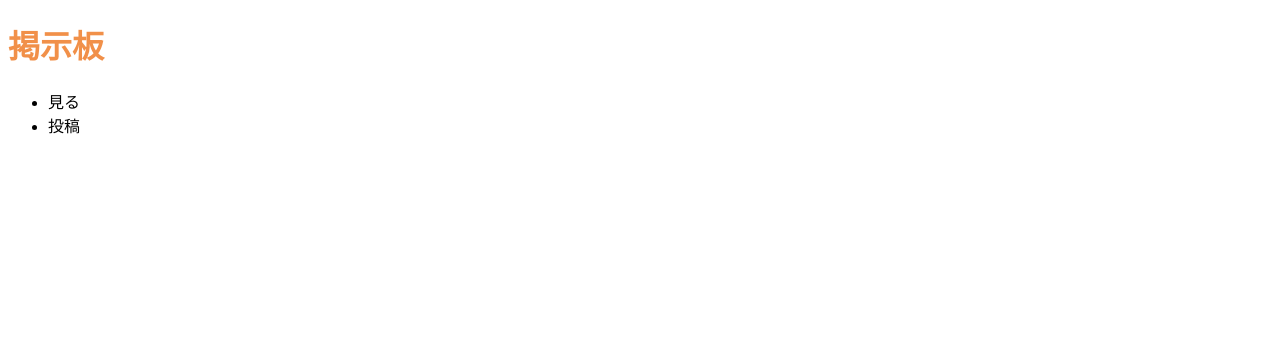
Repository: KustomApe/LandorusInc
Page: index.html
The author's editor kept a copy of each file at every save. The page is drawn from the files as they stood at one save, then again after the next save.
The browser window is 1280 px wide. The pictures show the whole page.

Above is the page before, as saved 2021-06-26 15:18:00.

### index.html
<!DOCTYPE html>
<html lang="ja">
<head>
    <meta charset="UTF-8">
    <meta http-equiv="X-UA-Compatible" content="IE=edge">
    <meta name="viewport" content="width=device-width, initial-scale=1.0">
    <title>掲示板</title>
    <link rel="stylesheet" href="./css/style.css">
</head>
<body>
<h1>掲示板</h1>
<ul>
    <li>見る</li>
    <li>投稿</li>
</ul>

</body>
</html>

### css/style.css
@charset "utf-8";

h1 {
    color: #F19049;
}

After the next save:
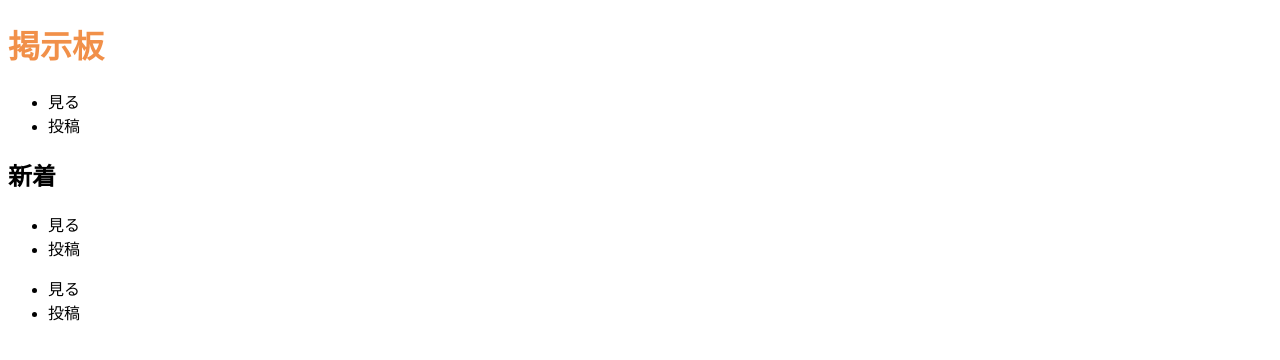
Saved 14 s later.
--- a/index.html
+++ b/index.html
@@ -14,5 +14,15 @@
     <li>投稿</li>
 </ul>
 
+<h2>新着</h2>
+<ul>
+    <li>見る</li>
+    <li>投稿</li>
+</ul>
+
+<ul>
+    <li>見る</li>
+    <li>投稿</li>
+</ul>
 </body>
 </html>
